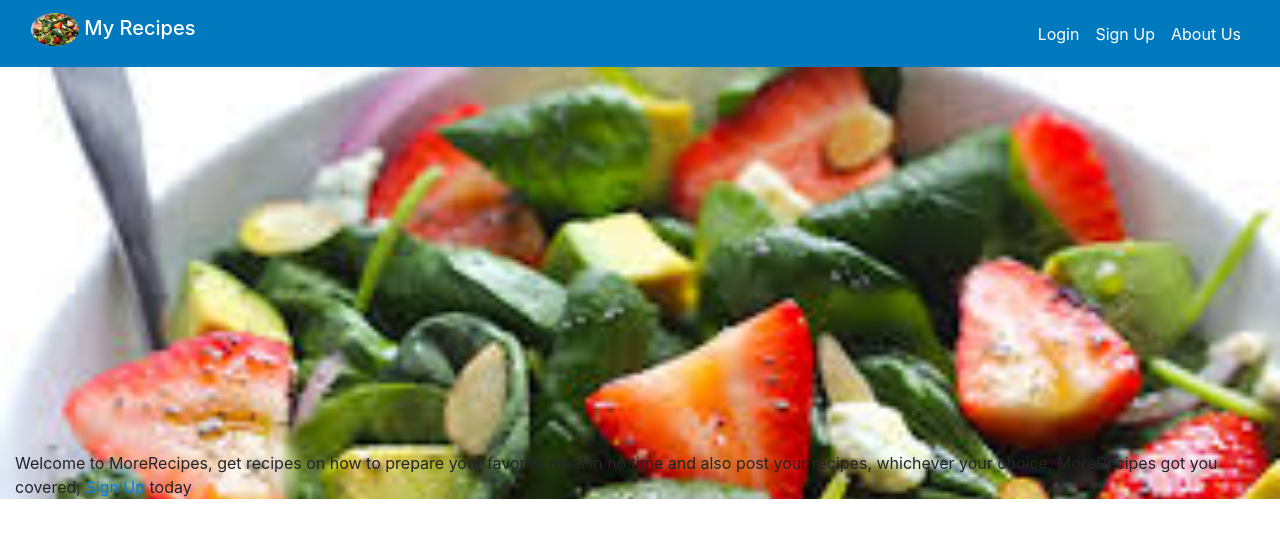
Repository: UggoPrince/more-recipes
Page: html/index.html
An editor plug-in stored every save of this project. The page is shown before and after the next save, followed by the edit.
The browser window is 1280 px wide. The pictures show the whole page.

Above is the page before, as saved 2018-07-30 06:39:20.

### html/index.html
<html lang="en">
<head>
  <meta charset="UTF-8">
  <meta name="viewport" content="width=device-width, initial-scale=1.0">
  <meta http-equiv="X-UA-Compatible" content="ie=edge">
  <link rel="stylesheet" href="https://maxcdn.bootstrapcdn.com/bootstrap/4.0.0/css/bootstrap.min.css" integrity="sha384-Gn5384xqQ1aoWXA+058RXPxPg6fy4IWvTNh0E263XmFcJlSAwiGgFAW/dAiS6JXm" crossorigin="anonymous"/>
  <style>
    main {
      background-size: 100vw;
      background-repeat: no-repeat;
      background-image: url(../img/nav-image.jpg);
      background-size: 100vw;
      background-repeat: no-repeat;
      padding-top: 30%;
    }
    div#content {
      background-color: rgba(0, 0, 3, 0.9);
    }
    nav {
      background-color: #0079be;
      color: white;
    }
    .nav-link {
      color: white;
    }
  </style>
  <title>My Recipes Homepage</title>
</head>
<body>
  <nav class="xnav navbar navbar-expand-lg">
    <div class="container-fluid">
      <h3 style="color: white;" class="navbar-brand">
        <img class="rounded-circle" src="../img/nav-image.jpg" style="width: 48px;" alt="logo"/>
        My Recipes
      </h3>
      <button class="navbar-toggler" type="button" data-toggle="collapse" aria-controls="navDropdown" aria-expanded="false" aria-label="Toggle Navigation" data-target="#navDropdown" >
        <span class="navbar-toggler-icon"></span>
      </button>
      <div class="collapse navbar-collapse justify-content-end brand-anchor" id="navDropdown">
        <ul class="navbar-nav">
          <li class="nav-item">
            <a class="nav-link" href="login.html">Login</a>
          </li>
          <li class="nav-item">
            <a class="nav-link" href="signup.html">Sign Up</a>
          </li>
          <li class="nav-item">
            <a class="nav-link" href="about.html">About Us</a>
          </li>
        </ul>
      </div>
    </div>
  </nav>
  <div id="content">
  <main class="container-fluid">
    Welcome to MoreRecipes, get recipes on how to prepare your favorite meal in no time and also post your recipes, whichever your choice, MoreRecipes got you covered, <a href="signup.html">Sign Up</a> today
  </main>
  </div>
</body>
</html>

After the next save:
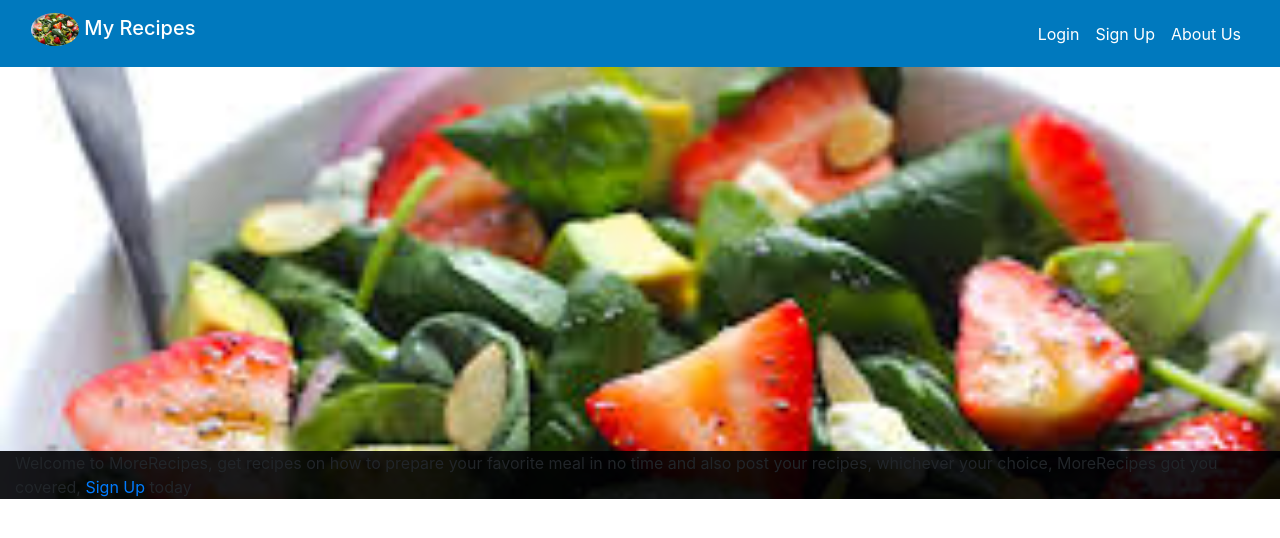
Saved 104 s later.
--- a/html/index.html
+++ b/html/index.html
@@ -6,15 +6,15 @@
   <link rel="stylesheet" href="https://maxcdn.bootstrapcdn.com/bootstrap/4.0.0/css/bootstrap.min.css" integrity="sha384-Gn5384xqQ1aoWXA+058RXPxPg6fy4IWvTNh0E263XmFcJlSAwiGgFAW/dAiS6JXm" crossorigin="anonymous"/>
   <style>
     main {
+      background-color: rgba(0, 0, 3, 0.9);
+    }
+    div#content {
       background-size: 100vw;
       background-repeat: no-repeat;
       background-image: url(../img/nav-image.jpg);
       background-size: 100vw;
       background-repeat: no-repeat;
       padding-top: 30%;
-    }
-    div#content {
-      background-color: rgba(0, 0, 3, 0.9);
     }
     nav {
       background-color: #0079be;
